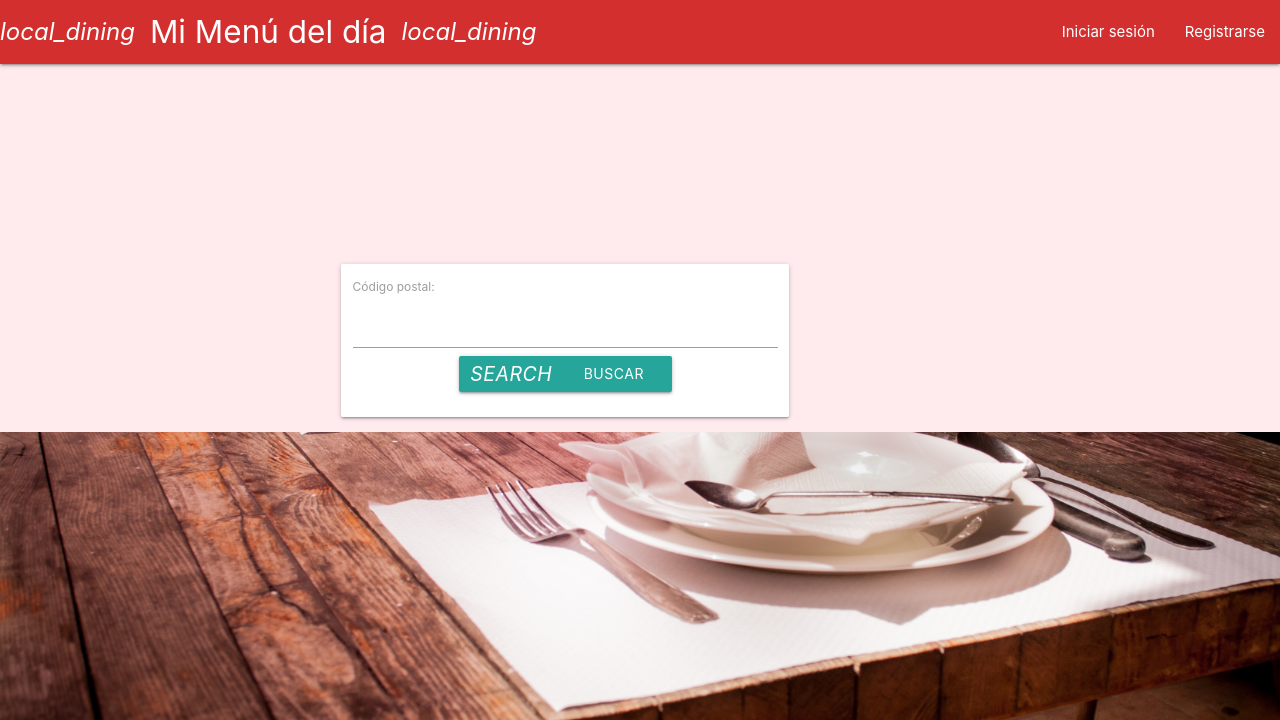
Repository: ixtab/ProyectoJavaRestaurante
Page: http://localhost/MiMenu/
An editor plug-in stored every save of this project. The page is shown before and after the next save, followed by the edit.
The browser window is 1280 px wide. The pictures show the whole page.
The page is served by Tomcat 9.

Above is the page before, as saved 2019-03-17 19:37:01.

After the next save:
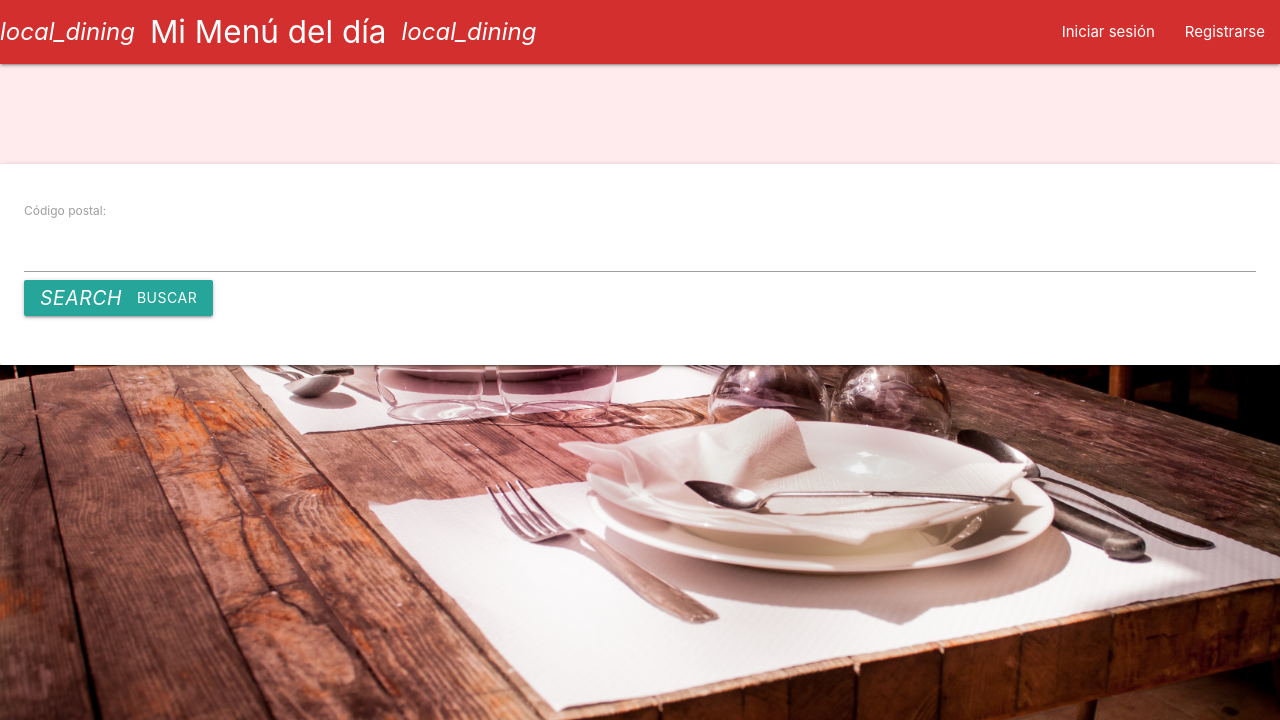
Saved 21 s later.
--- a/MiMenu/WebContent/index.jsp
+++ b/MiMenu/WebContent/index.jsp
@@ -25,7 +25,6 @@
 			  </nav>
 		</header>
 
-	<div class="margen-superior container row">
 
 		<div class="margen-superior card-panel col s6 offset-s2 padding">
 
@@ -34,7 +33,7 @@
 			</form>
 			<a class=" margen-inferior waves-effect waves-light btn col s6 offset-s3 hoverable" onclick="buscar()"><i class="material-icons left">search</i>Buscar</a>
 		</div>
-	</div>
+
 
 
 	<script type="text/javascript" src="js/materialize.min.js"></script>
